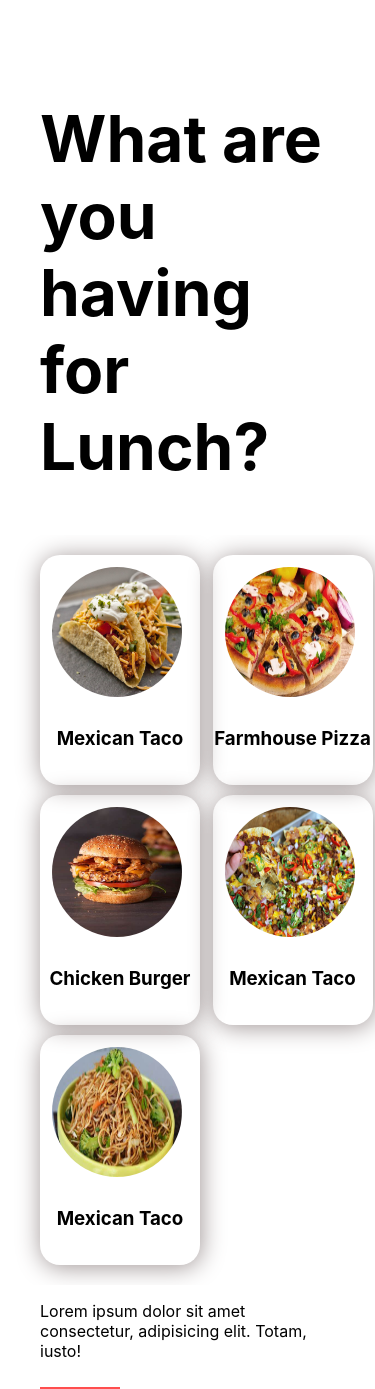
Repository: Marlstergo/assignment2
Page: /
The author's editor kept a copy of each file at every save. The page is drawn from the files as they stood at one save, then again after the next save.
The browser window is 375 px wide. The pictures show the whole page.
The project was rebuilt for these pictures with package versions that can differ from the ones it lists, and the page was loaded fresh each time.

Above is the page before, as saved 2021-07-28 15:37:49.

After the next save:
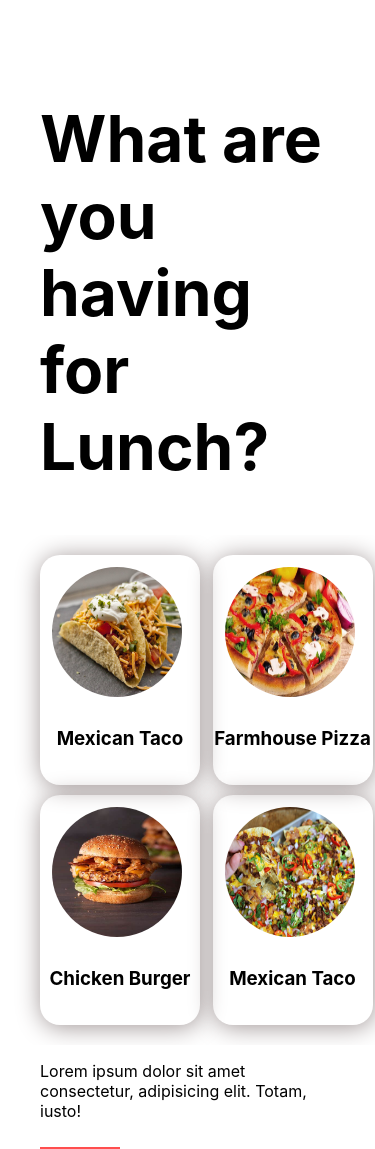
Saved 18 s later.
--- a/src/App.css
+++ b/src/App.css
@@ -200,6 +200,9 @@ img {
     padding: 0 40px ;
     margin-top: 15px;
   }
+  .taco{
+    display: none;
+  }
 }
 @media screen and (min-width: 481px) {
   .sidebar{
